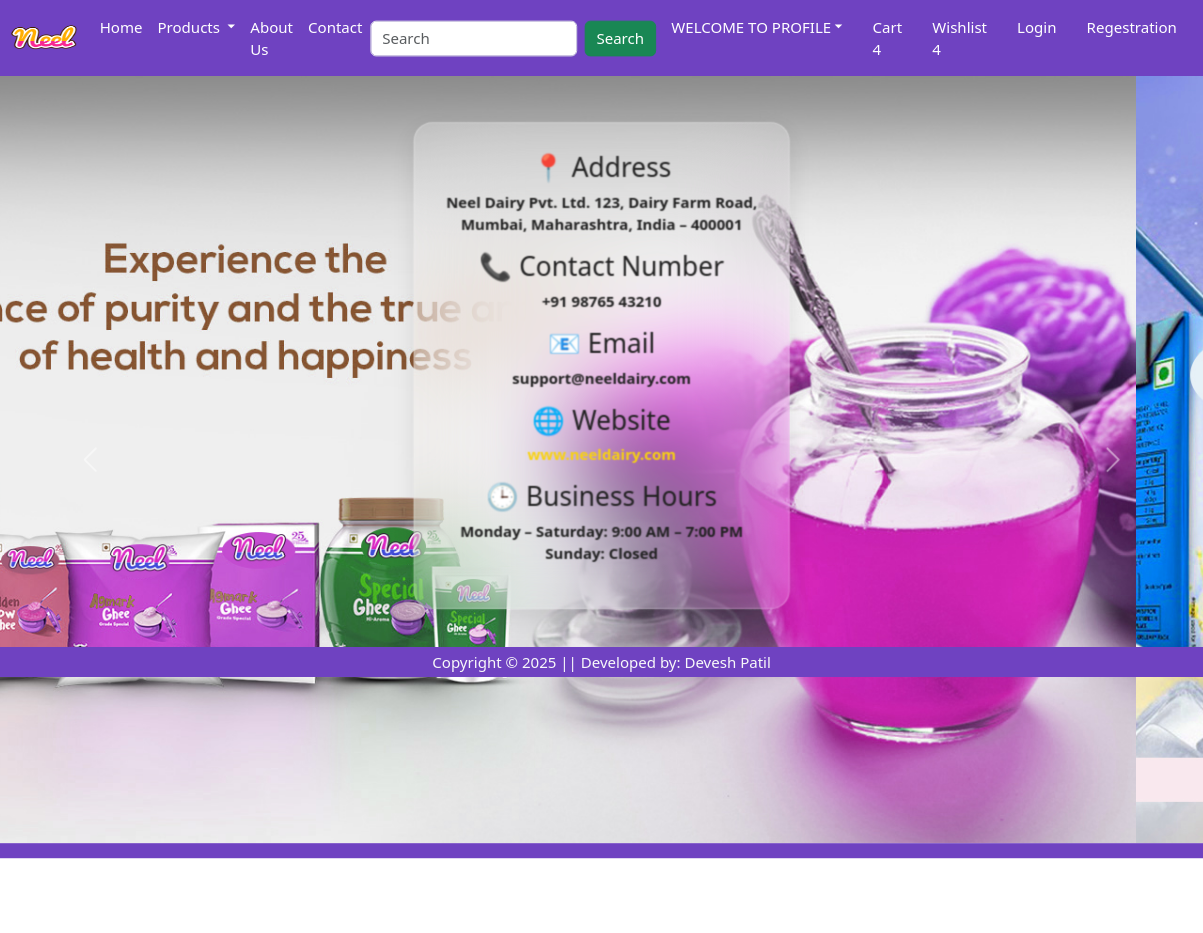
Repository: DeveshPatill/mydjango
Page: http://localhost/contact/
These files come from the project's save history. The page is drawn as it stood at one moment and after the next save; the edit follows.
The browser window is 1280 px wide. The pictures show the whole page, at 94% of full size.
The page is served by the project's application, run on Django 5.2 (ec/manage.py). Other server files are loaded and not shown.

Above is the page before, as saved 2025-03-23 03:03:07.

### ec/app/templates/app/contact.html
{% extends 'app/base.html' %}
{% load static %}
{% block title %}About{% endblock title %}


{% block main-content %}
<!-- Background Image Carousel -->
<div id="backgroundCarousel" class="carousel slide" data-bs-ride="carousel">
    <div class="carousel-inner">
        <div class="carousel-item active">
            <img src="{%static 'app/images/banner/b1.jpg' %}" class="d-block w-100" alt="Dairy Banner 1">
        </div>
        <div class="carousel-item">
            <img src="{%static 'app/images/banner/b2.jpg' %}" class="d-block w-100" alt="Dairy Banner 2">
        </div>
        <div class="carousel-item">
            <img src="{%static 'app/images/banner/b3.jpg' %}" class="d-block w-100" alt="Dairy Banner 3">
        </div>
    </div>

    <!-- Carousel Controls -->
    <button class="carousel-control-prev" type="button" data-bs-target="#backgroundCarousel" data-bs-slide="prev">
        <span class="carousel-control-prev-icon" aria-hidden="true"></span>
        <span class="visually-hidden">Previous</span>
    </button>
    <button class="carousel-control-next" type="button" data-bs-target="#backgroundCarousel" data-bs-slide="next">
        <span class="carousel-control-next-icon" aria-hidden="true"></span>
        <span class="visually-hidden">Next</span>
    </button>
</div>

<!-- Fixed Contact Information (Centered Bottom) -->
<div class="contact-box mx-8 mt-5">
    <h3>📍 Address</h3>
    <p>Neel Dairy Pvt. Ltd.
    123, Dairy Farm Road, Mumbai, Maharashtra, India – 400001</p>

    <h3>📞 Contact Number</h3>
    <p>+91 98765 43210</p>

    <h3>📧 Email</h3>
    <p>support@neeldairy.com</p>

    <h3>🌐 Website</h3>
    <p><a href="https://www.neeldairy.com" target="_blank">www.neeldairy.com</a></p>

    <h3>🕒 Business Hours</h3>
    <p>Monday – Saturday: 9:00 AM – 7:00 PM
    Sunday: Closed</p>
</div>

<style>
    /* Set the carousel image size */
    .carousel-item img {
        width: 100%;
        height: 816px;
        object-fit: cover;
    }

    /* Contact Box - Fixed Center Bottom */
    .contact-box {
        position: absolute;
        bottom: 10%;
        left: 50%;
        transform: translate(-50%, 0);
        background: rgba(0, 0, 0, 0.7);
        color: white;
        padding: 20px;
        border-radius: 10px;
        text-align: center;
        width: 400px;
    }

    .contact-box a {
        color: #f8d210;
        text-decoration: none;
    }

    .contact-box a:hover {
        text-decoration: underline;
    }
    .contact-box {
    background: rgba(255, 255, 255, 0.2); /* More transparent, less white */
    backdrop-filter: blur(50px) saturate(180%); /* High blur + slight saturation for mirror effect */
    -webkit-backdrop-filter: blur(50px) saturate(180%);
    border-radius: 20px; /* Smooth corners */
    padding: 30px;
    color: #222; /* Darker text for contrast */
    font-weight: bold;
    box-shadow: 0 10px 25px rgba(0, 0, 0, 0.1); /* Softer and subtle depth */
    border: 1px solid rgba(255, 255, 255, 0.3); /* Thin border for a frosted look */
    }

</style>

<nav class="navbar navbar-expand-lg navbar-dark" style="background-color: #6f42c1;">
    <div class="container-fluid">
    </div>
</nav>
{% endblock main-content %}

### ec/app/templates/app/base.html
<!DOCTYPE html>
{% load static %}
<html lang="en">
<head>
    <meta charset="UTF-8">
    <meta http-equiv="X-UA-Compatible" content="IE=edge">
    <meta name="viewport" content="width=device-width, initial-scale=1.0">

    <link href="https://cdn.jsdelivr.net/npm/bootstrap@5.3.3/dist/css/bootstrap.min.css" rel="stylesheet" integrity="sha384-QWTKZyjpPEjISv5WaRU9OFeRpok6YctnYmDr5pNlyT2bRjXh0JMhjY6hW+ALEwIH" crossorigin="anonymous">

    <link rel="stylesheet" href="{% static 'app/css/owl.carousel.min.css' %}" />
    <link rel="stylesheet" href="{% static 'app/css/all.min.css' %}" />
    <link rel="stylesheet" href="{% static 'app/css/style.css' %}" />

    <title> Dairy Products | {% block title %} {% endblock title %} </title>
</head>
<body>
    <nav class="navbar navbar-expand-lg navbar-dark" style="background-color: #6f42c1;">
        <div class="container-fluid">
          <a class="navbar-brand" href="#">
            <img src="{% static 'app/images/product/Neel.png' %}" width="70px" height="55px"   />
          </a>
          <button class="navbar-toggler" type="button" data-bs-toggle="collapse" data-bs-target="#navbarSupportedContent" aria-controls="navbarSupportedContent" aria-expanded="false" aria-label="Toggle navigation">
            <span class="navbar-toggler-icon"></span>
          </button>
          <div class="collapse navbar-collapse" id="navbarSupportedContent">
            <ul class="navbar-nav me-auto mb-2 mb-lg-0">
              <li class="nav-item">
                <a class="nav-link active" aria-current="page" href="/">Home</a>
              </li>
              <li class="nav-item dropdown">
                <a class="nav-link dropdown-toggle text-white" href="#" role="button" data-bs-toggle="dropdown" aria-expanded="false">
                  Products
                </a>
                <ul class="dropdown-menu">
                  <li><a class="dropdown-item" href="{% url 'category' 'ML' %}">Milk</a></li>
                  <li><a class="dropdown-item" href="{% url 'category' 'CR' %}">Curd</a></li>
                  <li><a class="dropdown-item" href="{% url 'category' 'MS' %}">MilkShake</a></li>
                  <li><a class="dropdown-item" href="{% url 'category' 'LS' %}">Lassi</a></li>
                  <li><a class="dropdown-item" href="{% url 'category' 'GH' %}">Ghee</a></li>
                  <li><a class="dropdown-item" href="{% url 'category' 'PN' %}">Paneer</a></li>
                  <li><a class="dropdown-item" href="{% url 'category' 'CZ' %}">Cheese</a></li>
                  <li><a class="dropdown-item" href="{% url 'category' 'IC' %}">Ice-Cream</a></li>

                </ul>
              </li>
              <li class="nav-item">
                <a class="nav-link text-white" href="{% url 'about'  %}">About Us</a>
              </li>
              <li class="nav-item">
                <a class="nav-link text-white" href="{% url 'contact'  %}">Contact</a>
              </li>

            </ul>
            <form class="d-flex" role="search">
              <input class="form-control me-2" type="search" placeholder="Search" aria-label="Search">
              <button class="btn btn-success" type="submit">Search</button>
            </form>
          </div>
          <ul class="navbar-nav me-auto mb-2 mb-lg-0">
            <li class="nav-item dropdown mx-2">
                <a class="nav-link dropdown-toggle text-white" href="#" id="profileDropdown" role="button" data-bs-toggle="dropdown" aria-expanded="false">WELCOME TO PROFILE</a>
                <ul class="dropdown-menu" aria-labelledby="profileDropdown">
                    <li><a class="dropdown-item" href="#">Profile</a></li>
                    <li><a class="dropdown-item" href="#">Orders</a></li>
                    <li><a class="dropdown-item" href="#">Change Password</a></li>
                    <li><a class="dropdown-item" href="#">Logout</a></li>
                </ul>
            </li>
            <li class="nav-item mx-2">
                <a href="#" class="nav-link text-white">Cart 4</a>
            </li>
            <li class="nav-item mx-2">
                <a href="#" class="nav-link text-white">Wishlist 4</a>
            </li>
            <li class="nav-item mx-2">
                <a href="#" class="nav-link text-white">Login</a>
            </li>
            <li class="nav-item mx-2">
                <a href="#" class="nav-link text-white">Regestration</a>
            </li>

          </ul>
        </div>
      </nav>
      {% block banner-slider %}{% endblock banner-slider %}

      {% block information %}{% endblock information %}

      {% block main-content %}{% endblock main-content %}

    <footer class="text-center text-light py-3 fixed-bottom" style="background-color: #6f42c1; height: 5px; line-height: 2px;">
        Copyright © 2025 || Developed by: Devesh Patil
    </footer>






    <script src="https://cdn.jsdelivr.net/npm/@popperjs/core@2.11.8/dist/umd/popper.min.js" integrity="sha384-I7E8VVD/ismYTF4hNIPjVp/Zjvgyol6VFvRkX/vR+Vc4jQkC+hVqc2pM8ODewa9r" crossorigin="anonymous"></script>
    <script src="https://cdn.jsdelivr.net/npm/bootstrap@5.3.3/dist/js/bootstrap.min.js" integrity="sha384-0pUGZvbkm6XF6gxjEnlmuGrJXVbNuzT9qBBavbLwCsOGabYfZo0T0to5eqruptLy" crossorigin="anonymous"></script>

    <script src=https://cdnjs.cloudflare.com/ajax/libs/jquery/3.7.1/jquery.min.js></script>


    <script script="{% static 'app/js/owl.carousel.min.js' %}"></script>
    <script script="{% static 'app/js/all.min.js' %}"></script>
    <script script="{% static 'app/js/myscript.js' %}"></script>

</body>
</html>

### ec/app/views.py
from django.shortcuts import render
from django.http import HttpResponse
from django.views import View
from urllib import request
from . models import Product
from django.db.models import Count

# Create your views here.
def home(request):
    return render(request,"app/home.html")

def about(request):
    return render(request,"app/about.html")

def contact(request):
    return render(request,"app/contact.html")


class CategoryView(View):
    def get(self,request,val):
        product = Product.objects.filter(category=val)
        title=Product.objects.filter(category=val).values('title')
        return render(request,"app/category.html",locals())

class CategoryTitle(View):
    def get(self,request,val):
        product = Product.objects.filter(title=val)
        title = Product.objects.filter(category=product[0].category).values('title')
        return render(request,"app/category.html",locals())


class ProductDetail(View):
    def get(self,request,pk):
        product = Product.objects.get(pk=pk)
        return render(request,"app/productdetail.html",locals())

### ec/ec/urls.py
"""
URL configuration for ec project.

The `urlpatterns` list routes URLs to views. For more information please see:
    https://docs.djangoproject.com/en/5.1/topics/http/urls/
Examples:
Function views
    1. Add an import:  from my_app import views
    2. Add a URL to urlpatterns:  path('', views.home, name='home')
Class-based views
    1. Add an import:  from other_app.views import Home
    2. Add a URL to urlpatterns:  path('', Home.as_view(), name='home')
Including another URLconf
    1. Import the include() function: from django.urls import include, path
    2. Add a URL to urlpatterns:  path('blog/', include('blog.urls'))
"""

from django.contrib import admin
from django.urls import path,include

urlpatterns = [
    path("admin/", admin.site.urls),
    path("", include("app.urls")),

]

### ec/app/urls.py
from django.urls import path
from .import views
from django.conf import settings
from django.conf.urls.static import static

urlpatterns = [
    path("",views.home),
    path("about/",views.about,name="about"),
    path("contact/",views.contact,name="contact"),
    path("category/<slug:val>",views.CategoryView.as_view(),name="category"),
    path("category-title/<val>",views.CategoryTitle.as_view(),name='category-title'),
    path("product-detail/<int:pk>",views.ProductDetail.as_view(),name="product-detail"),
]+static(settings.MEDIA_URL,document_root=settings.MEDIA_ROOT)

### ec/app/static/app/css/style.css
.owl-carousel .item{
 /* border: 1px solid black; */
 font-size: 24px;
 text-align: center;
 margin-top: 20px;
 transition: transform .5s ease;
}

 .owl-carousel .item:hover{
    /* border: 1px solid black; */
    transform : scale(1.1);
}

/* .owl-carousel img{
    transition: transform .5s ease;
  }
 .owl-carousel img:hover{

    transform : scale(1.25);
} */

.owl-next{
 float:right;
}
.owl-prev{
 float:left;
}
.owl-prev span{
 font-size: 24px;
 font-weight: bold;
}
.owl-next span{
 font-size: 24px;
 font-weight: bold;
}




.buttermilk{
    background-color:#fff;background-image:linear-gradient(#fff7ef, #fff);
    background-image:-webkit-linear-gradient(#fff7ef, #fff);
    background-image:-moz-linear-gradient(#fff7ef, #fff);
    background-image:-ms-linear-gradient(#fff7ef, #fff);
    background-image:-o-linear-gradient(#fff7ef, #fff);
    padding:50px 40px;
    border:1px solid #efe8e1;
    padding-bottom:20px;
}

.smbg{
    background-color:#fff;
    background-image:linear-gradient(rgba(110, 69, 143, 0.1), #fff);
    background-image:-webkit-linear-gradient(rgba(110, 69, 143, 0.1), #fff);
    background-image:-moz-linear-gradient(rgba(110, 69, 143, 0.1), #fff);
    background-image:-ms-linear-gradient(rgba(110, 69, 143, 0.1), #fff);
    background-image:-o-linear-gradient(rgba(110, 69, 143, 0.1), #fff);
}

.curdbgpro{
    background-color:#fff;
    background-image:linear-gradient(rgba(10, 77, 123, 0.1), #fff);
    background-image:-webkit-linear-gradient(rgba(10, 77, 123, 0.1), #fff);
    background-image:-moz-linear-gradient(rgba(10, 77, 123, 0.1), #fff);
    background-image:-ms-linear-gradient(rgba(10, 77, 123, 0.1), #fff);
    background-image:-o-linear-gradient(rgba(10, 77, 123, 0.1), #fff);
}

.goodnessseccont img{
    width:100%;
}

.mlkpro{
    color:#636362;
    font-size:22px;
    line-height:22px;
    margin-bottom:15px;
    width:43%;
    margin:0 auto;
    text-align:center;

}

.goodnesssec a{
    text-decoration: none;
}


/*------------------------------------------------*/
body {
    padding-bottom: 80px; /* Adjust this value based on footer height */
}

Loaded but not shown: ec/app/static/app/css/owl.carousel.min.css (library); ec/app/static/app/css/all.min.css (library)

After the next save:
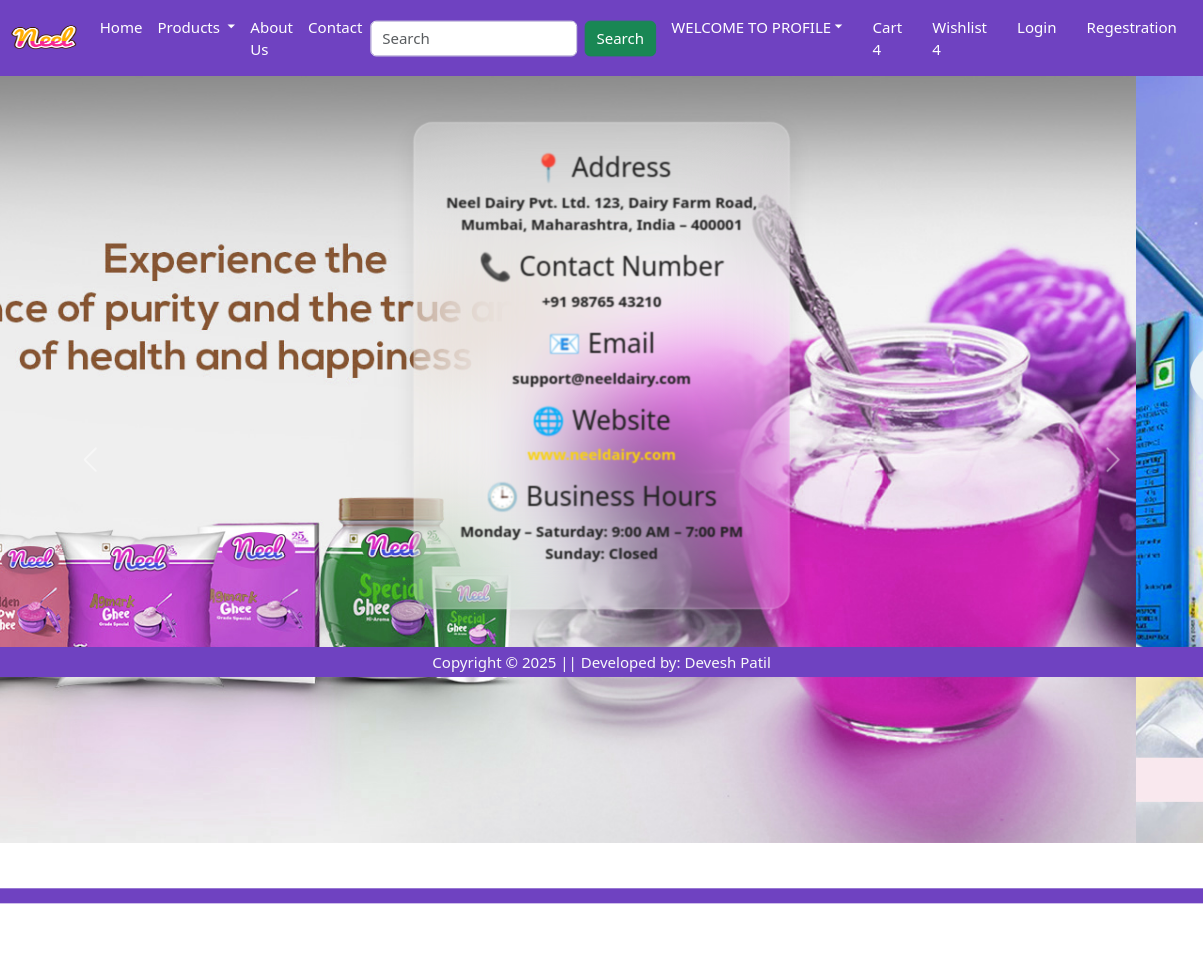
Saved 15 s later.
--- a/ec/app/templates/app/contact.html
+++ b/ec/app/templates/app/contact.html
@@ -93,7 +93,7 @@
 
 </style>
 
-<nav class="navbar navbar-expand-lg navbar-dark" style="background-color: #6f42c1;">
+<nav class="navbar navbar-expand-lg navbar-dark mt-5" style="background-color: #6f42c1;">
     <div class="container-fluid">
     </div>
 </nav>

After the save that followed:
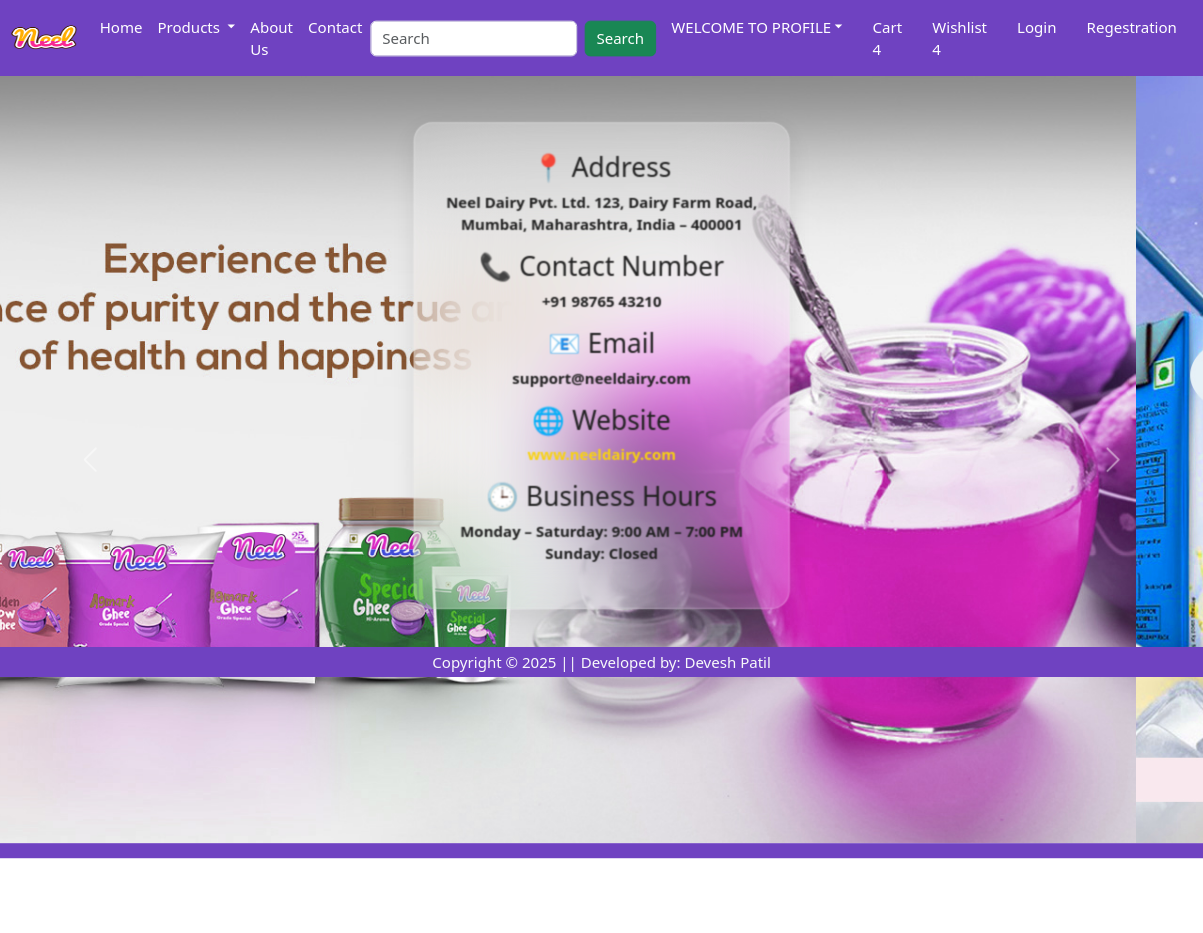
Saved 16 s later.
--- a/ec/app/templates/app/contact.html
+++ b/ec/app/templates/app/contact.html
@@ -93,7 +93,7 @@
 
 </style>
 
-<nav class="navbar navbar-expand-lg navbar-dark mt-5" style="background-color: #6f42c1;">
+<nav class="navbar navbar-expand-lg navbar-dark" style="background-color: #6f42c1;">
     <div class="container-fluid">
     </div>
 </nav>
